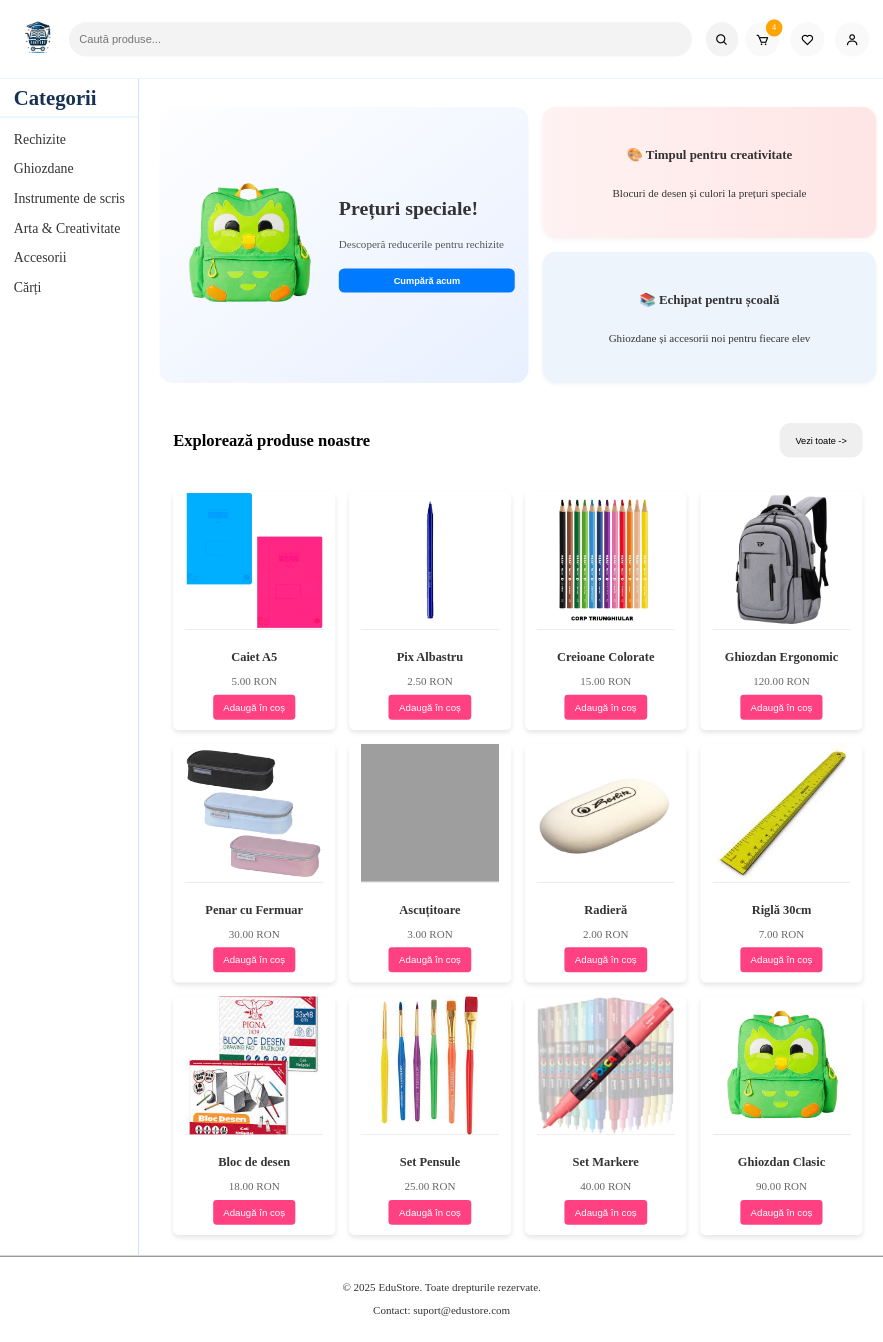
Repository: Roxana5504/WebDev-Project
Page: frontend/index.html
The author's editor kept a copy of each file at every save. The page is drawn from the files as they stood at one save, then again after the next save.
The browser window is 1280 px wide. The pictures show the whole page, at 69% of full size.
Pictures or frames that could not be fetched are drawn as grey boxes.

Above is the page before, as saved 2025-04-23 17:10:08.

After the next save:
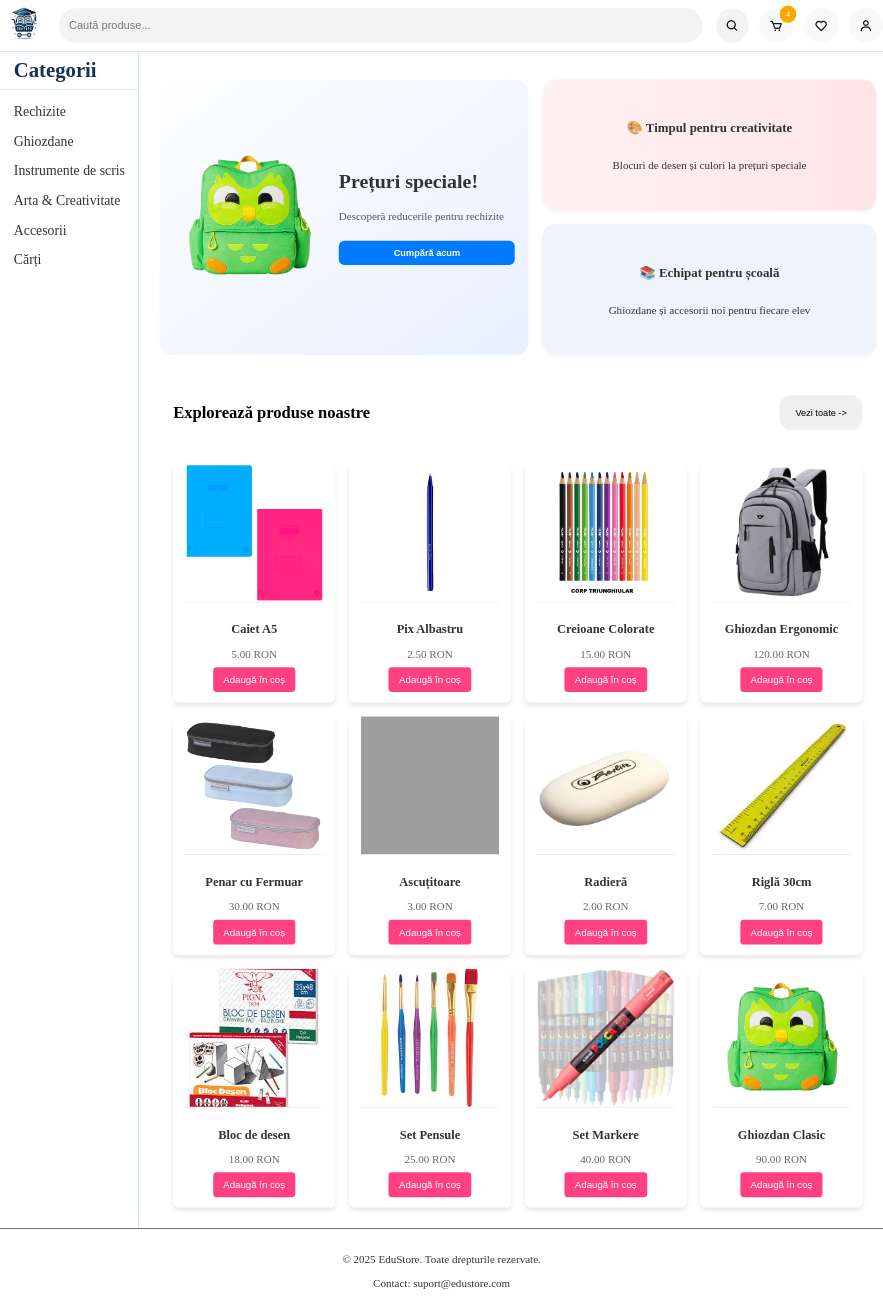
Saved 12 s later.
--- a/frontend/styles.css
+++ b/frontend/styles.css
@@ -85,6 +85,7 @@
 .container-header {
   position: sticky;
   top: 0px;
+  background-color: white
   padding: 20px;
   display: flex;
   align-items: center;

After the save that followed:
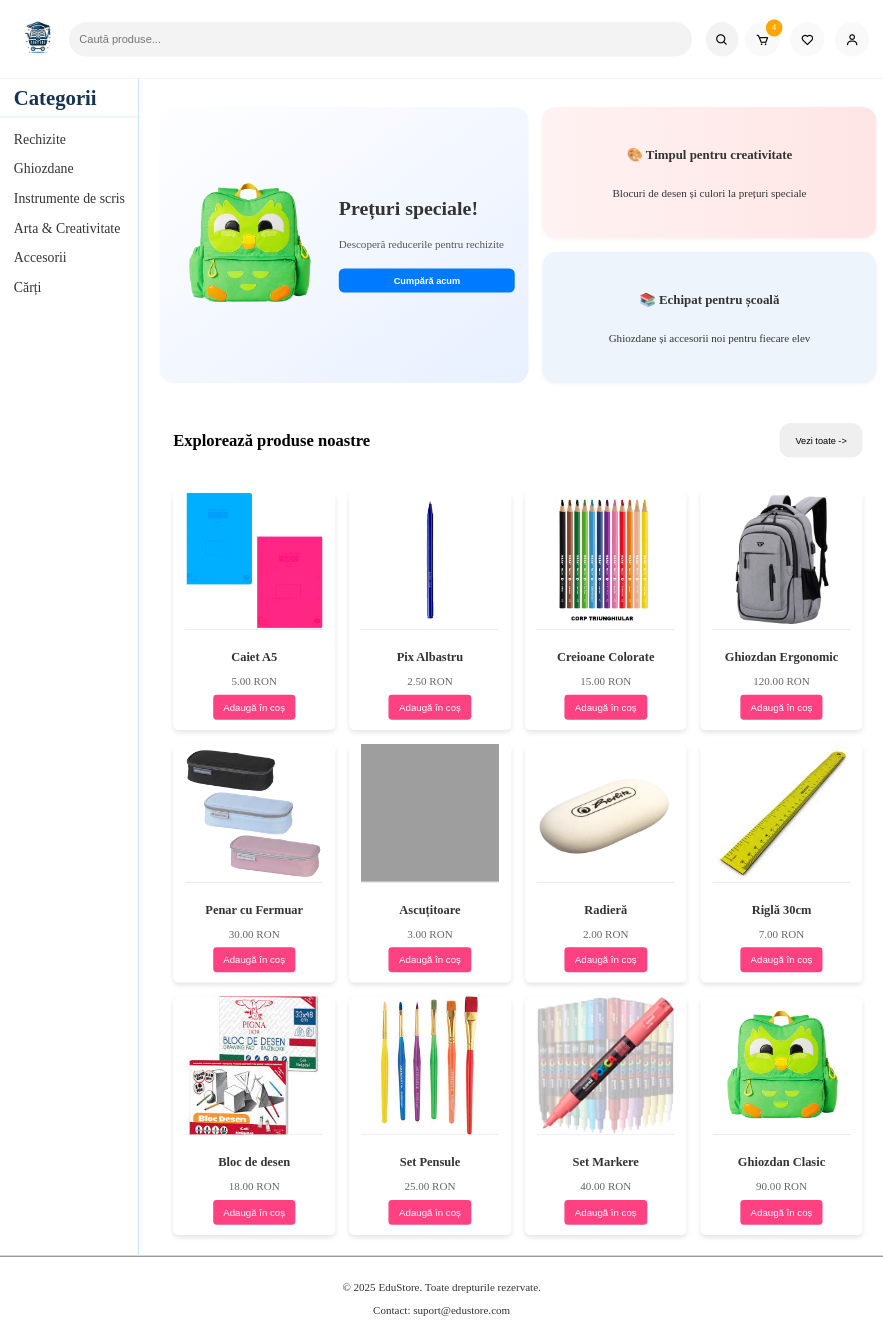
Saved 4 s later.
--- a/frontend/styles.css
+++ b/frontend/styles.css
@@ -85,7 +85,7 @@
 .container-header {
   position: sticky;
   top: 0px;
-  background-color: white
+  background-color: white;
   padding: 20px;
   display: flex;
   align-items: center;
